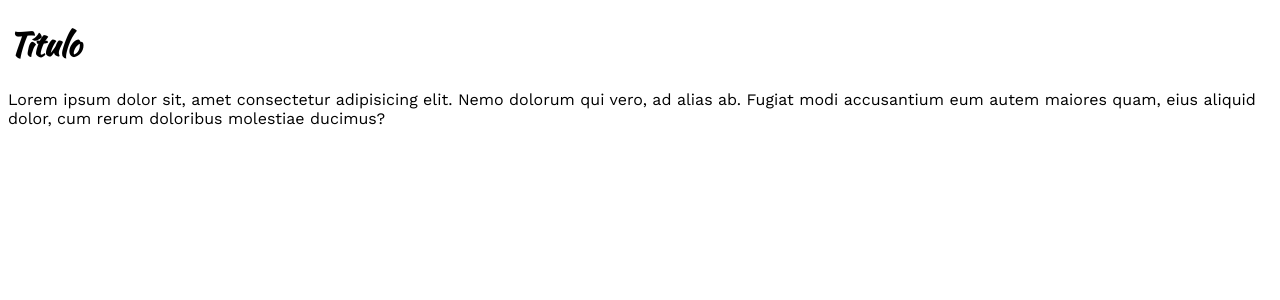
Repository: pheonix5/Estudo
Page: html-css/exercicios/ex018/fonte01.html
These files come from the project's save history. The page is drawn as it stood at one moment and after the next save; the edit follows.
The browser window is 1280 px wide. The pictures show the whole page.

Above is the page before, as saved 2023-08-12 23:37:19.

After the next save:
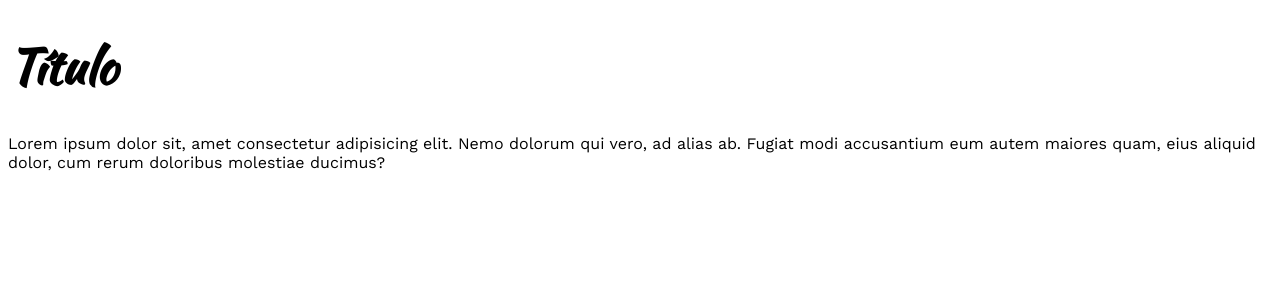
Saved 25 s later.
--- a/html-css/exercicios/ex018/fonte01.html
+++ b/html-css/exercicios/ex018/fonte01.html
@@ -14,7 +14,8 @@
       color: #000;
     }
     h1{
-      font-family: 'Kaushan Script', sans-serif
+      font-family: 'Kaushan Script', sans-serif;
+      font-size: 3em;
     }
   </style>
 </head>
